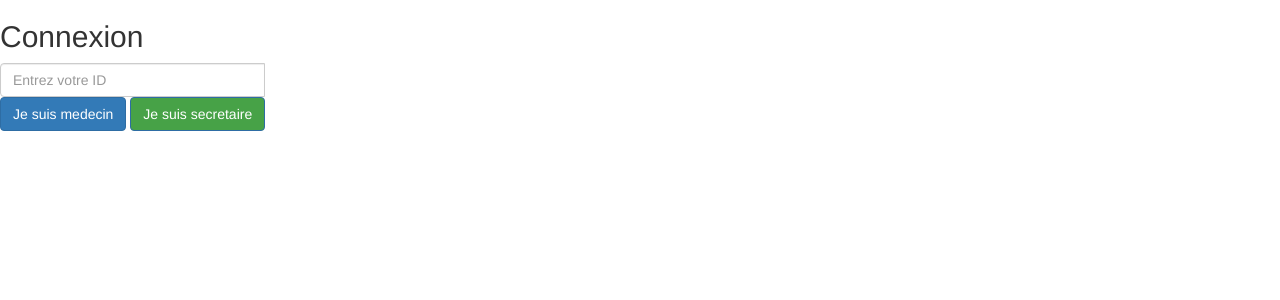
Repository: Caleb-St/CabinetMedical
Page: http://localhost/main.php
These files come from the project's save history. The page is drawn as it stood at one moment and after the next save; the edit follows.
The browser window is 1280 px wide. The pictures show the whole page.
The page is run by PHP 8.4 with error messages shown; the project is at /var/www/html/.

Above is the page before, as saved 2016-04-09 19:03:51.

After the next save:
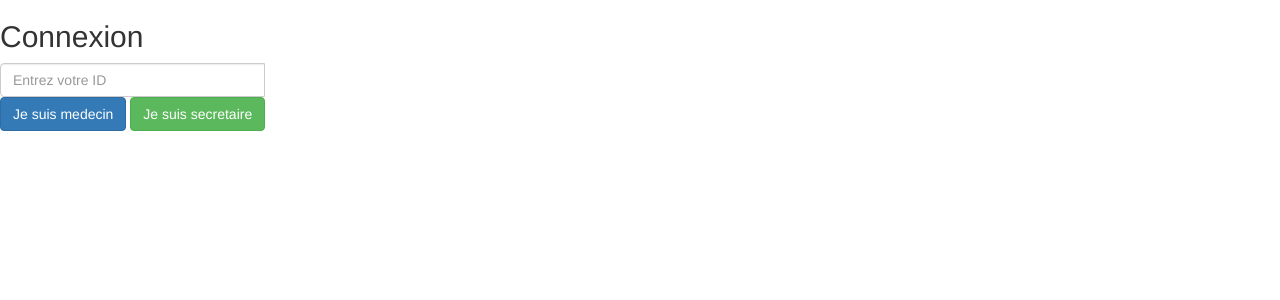
Saved 40 s later.
--- a/dbphp/main.php
+++ b/dbphp/main.php
@@ -15,7 +15,7 @@
 	<input class ="form-control" type="text" placeholder="Entrez votre ID" name="userID">
 	<div class="form-actions">
 	    <button type="submit" class="btn btn-primary" name="medecin">Je suis medecin</button>
-	    <button type="submit" class="btn btn-primary btn-alt" name="secretaire">Je suis secretaire</button>
+	    <button type="submit" class="btn btn-success" name="secretaire">Je suis secretaire</button>
  	</div>
  </div>
 </form>
